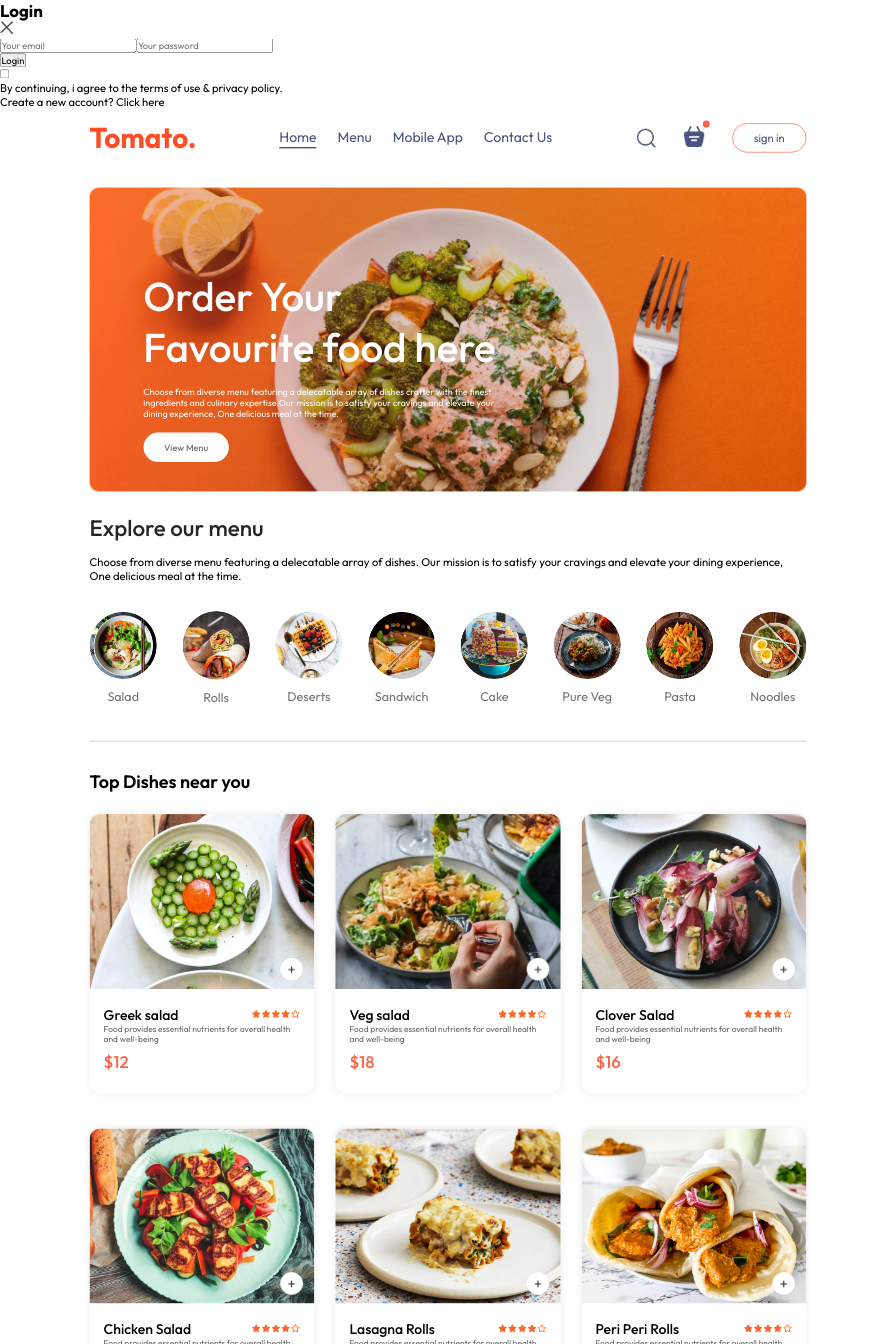
Repository: esakkiraj8104/FOOD_ORDER1
Page: /, after clicking the first element matching `button`
These files come from the project's save history. The page is drawn as it stood at one moment and after a run of saves; the edit follows.
The browser window is 1280 px wide. The pictures show the part of the page from y = 0 to 1920 px (the page is 6869 px tall before and 6889 px after), at 70% of full size.
The project was rebuilt for these pictures with package versions that can differ from the ones it lists, and the page was loaded fresh each time. Also part of the build but not shown: vite.config.js, src/pages/Cart/Cart.css, src/pages/Cart/Cart.jsx, src/components/LoginPopup/LoginPopup.css. Imported but missing from the stored project, and not drawn on this page: src/pages/PlaceOrder/PlaceOrder.

Above is the page before, as saved 2025-05-17 14:14:32.

### index.html
<!doctype html>
<html lang="en">
  <head>
    <meta charset="UTF-8" />
    <link rel="icon" type="image/svg+xml" href="/vite.svg" />
    <meta name="viewport" content="width=device-width, initial-scale=1.0" />
    <title>Tomoto food Web</title>
  </head>
  <body>
    <div id="root"></div>
    <script type="module" src="/src/main.jsx"></script>
  </body>
</html>

### src/main.jsx
import React from 'react'
import ReactDOM from 'react-dom/client'
import './index.css'
import App from './App.jsx'
import {BrowserRouter} from 'react-router-dom'
import StoreContextProvider from './Context/StoreContext.jsx'

ReactDOM.createRoot(document.getElementById('root')).render(
  <BrowserRouter>
    <StoreContextProvider>
      <App />
    </StoreContextProvider>

  </BrowserRouter>

)

### src/index.css
@import url('https://fonts.googleapis.com/css2?family=Outfit:wght@100..900&display=swap');

*{
  padding: 0;
  margin: 0;
  box-sizing: border-box;
  font-family: outfit;
  scroll-behavior: smooth;
}
body{
  min-height: 100vh;
}
a{
  text-decoration :none;
  color: inherit;
}
.app{
  width: 80%;
  margin: auto;
}

@keyframes fadeIn {
  0%{
    opacity: 0;
  }
  100%{
    opacity: 1;
  }
}

### src/App.jsx
import React,{ useState } from 'react'
import { Route, Routes } from 'react-router-dom'
import Home from './pages/Home/Home'
import Cart from './pages/Cart/Cart'
import PlaceOrder from './pages/PlaceOrder/PlaceOrder'
import Navbar from './components/Navbar/Navbar/Navbar'
import Footer from './components/Navbar/Footer/Footer'
import LoginPopup from './components/LoginPopup/LoginPopup'

const App = () => {

  const[showLogin,setShowLogin]= useState(false)
  return (

    <>
    {showLogin?<LoginPopup setShowLogin={setShowLogin}/>:<></>}
      <div className='app'>
        <Navbar setShowLogin={setShowLogin}/>
        <Routes >
          <Route path='/' element={<Home />} />
          <Route path='/cart' element={<Cart />} />
          <Route path='/order' element={<PlaceOrder />} />
        </Routes>
      </div>
      <Footer />

    </>


  )
}

export default App

### src/Context/StoreContext.jsx
import { createContext, useEffect, useState } from "react";
import { food_list } from "../assets/assets";

export const StoreContext = createContext(null)

const StoreContextProvider = (props) => {

    const [cartItems,setCartItems]= useState({});

    const addToCart = (itemId) => {
        if (!cartItems[itemId]) {
            setCartItems((prev)=>({...prev,[itemId]:1}))
        }
        else{
            setCartItems((prev)=>({...prev,[itemId]:prev[itemId]+1}))
        }
    }

    const removeFromCart = (itemId) =>{
        setCartItems((prev)=>({...prev,[itemId]:prev[itemId]-1}))
    }

    useEffect(()=>{
        console.log(cartItems);
    },[cartItems])

    const contextValue = {
        food_list,
        cartItems,
        setCartItems,
        addToCart,
        removeFromCart

    }
    return (
        <StoreContext.Provider value={contextValue}>
            {props.children}
        </StoreContext.Provider>
    )
}

export default StoreContextProvider;

### src/pages/Home/Home.jsx
import React, { useState } from 'react'
import './Home.css'
import Header from '../../components/Navbar/Header/Header'
import ExploreMenu from '../../components/Navbar/ExploreMenu/ExploreMenu'
import FoodDisplay from '../../components/Navbar/FoodDisplay/FoodDisplay'
import AppDownload from '../../components/Navbar/AppDownload/AppDownload'

const Home = () => {

    const [category,setCategory]=useState("All");



  return (
    <div>
      <Header/>
      <ExploreMenu category={category} setCategory={setCategory}/>
      <FoodDisplay category={category}/>
      <AppDownload/>
    </div>
  )
}

export default Home

### src/components/Navbar/Navbar/Navbar.jsx
import React, { useState } from 'react'
import './Navbar.css'
import { assets } from '../../../assets/assets'
import { Link } from 'react-router-dom';
const Navbar = ({setShowLogin}) => {

    const [menu,setMenu] = useState("home");
  return (
    <div className='navbar'>
        <img src={assets.logo} alt="" className="logo" />
        <ul className="navbar-menu">
        <Link to='/'className={menu === "home" ? "active" : ""} onClick={() => setMenu("home")}>Home</Link>
        <a href='#explore-menu' className={menu === "menu" ? "active" : ""} onClick={() => setMenu("menu")}>Menu</a>
        <a href='#app-download'className={menu === "mobile-app" ? "active" : ""} onClick={() => setMenu("mobile-app")}>Mobile App</a>
        <a href='#footer'className={menu === "contact us" ? "active" : ""} onClick={() => setMenu("contact us")}>Contact Us</a>
        </ul>
        <div className="navbar-right">
            <img src={assets.search_icon} alt="" />
            <div className="navbar-search-icon">
                <img src={assets.basket_icon} alt="" />
                <div className="dot"></div>
            </div>
            <button onClick={()=>setShowLogin(true)}>sign in</button>
        </div>
    </div>
  )
}

export default Navbar

### src/components/Navbar/Footer/Footer.jsx
import React from 'react'
import './Footer.css'
import { assets } from '../../../assets/assets'

const Footer = () => {
  return (

    <div className='footer' id='footer'>
      <div className="footer-content">
        <div className="footer-content-left">
          <img src={assets.logo} alt="" />
          <p>Craving something delicious? We bring your favorite meals from top restaurants straight to your door, hot and fresh.
            With fast delivery, secure payments, and  24/7 support, ordering food has never been easier.
            Tomato.com - Serving happiness, one order at a time.</p>
          <div className="footer-social-icons">
            <img src={assets.facebook_icon} alt="" />
            <img src={assets.twitter_icon} alt="" />
            <img src={assets.linkedin_icon} alt="" />
          </div>
        </div>
        <div className="footer-content-center">
          <h2>COMPANY</h2>
          <ul>
            <li>Home</li>
            <li>About us</li>
            <li>Delivery</li>
            <li>Privacy Policy</li>
          </ul>
        </div>
        <div className="footer-content-right">
          <h2>GET IN TOUCH</h2>
          <ul>
            <li>+91-8765434534</li>
            <li>contact@tomato.com</li>
          </ul>
        </div>
      </div>
      <hr />
      <p className="footer-copyright">© 2025 Tomato.com – All Rights Reserved.</p>
    </div>
  )
}

export default Footer

### src/components/LoginPopup/LoginPopup.jsx
import React, { useState } from 'react'
import './LoginPopup.css'
import { assets } from '../../assets/assets'

const LoginPopup = ({setShowLogin}) => {

    const[currState,setCurrState]= useState("Login")

  return (
    <div className='LoginPopup'>
      <form action="" className="login-popup-container">
        <div className="login-popup-title">
          <h2>{currState}</h2>
          <img onClick={()=>setShowLogin(false)} src={assets.cross_icon} alt="" />
        </div>
        <div className="login-popup-inputs">
          {currState==="Login"?<></>:<input type="text" placeholder='Your name'required />}
          <input type="email" placeholder='Your email'required />
          <input type="password" placeholder='Your password'required />
        </div>
        <button>{currState==="Sign Up"?"Create account":"Login"}</button>
        <div className="login-popup-condition">
          <input type="checkbox" required/>
          <p>By continuing, i agree to the terms of use & privacy policy.</p>
        </div>
        <p>Create a new account? <span>Click here</span></p>
      </form>
    </div>
  )
}

export default LoginPopup

### src/components/Navbar/Header/Header.jsx
import React from 'react'
import './Haeder.css'

const Header = () => {
  return (
    <div className='header'>
       <div className="header-contents">
        <h2>Order Your Favourite food here</h2>
        <p>Choose from diverse menu featuring a delecatable array of dishes crafter with the finest ingredients and culinary expertise.Our mission is to satisfy your cravings and elevate your dining experience, One delicious meal at the time. </p>
        <button>View Menu</button>
       </div>
    </div>

  )
}

export default Header

### src/components/Navbar/ExploreMenu/ExploreMenu.jsx
import React from 'react'
import './ExploreMenu.css'
import { menu_list } from '../../../assets/assets'
const ExploreMenu = ({category,setCategory}) => {
  return (
    <div className='explore-menu' id='explore-menu'>
        <h1>Explore our menu</h1>
        <p>Choose from diverse menu featuring a delecatable array of dishes. Our mission is to satisfy your cravings and elevate your dining experience, One delicious meal at the time. </p>
        <div className="explore-menu-list">
            {menu_list.map((item,index)=>{
                return (
                    <div onClick={()=>setCategory(prev=>prev===item.menu_name?"All":item.menu_name)} key={index} className='explore-menu-list-item'>
                        <img className={category===item.menu_name?"active":""} src={item.menu_image} alt="" />
                        <p>{item.menu_name}</p>
                    </div>
                )
            })}
        </div>
        <hr/>
    </div>
  )
}

export default ExploreMenu

### src/components/Navbar/FoodDisplay/FoodDisplay.jsx
import React, { useContext } from 'react'
import './FoodDisplay.css'
import { StoreContext } from '../../../Context/StoreContext'
import FoodItem from '../FoodItem/FoodItem'

const FoodDisplay = ({ category }) => {

  const { food_list } = useContext(StoreContext)

  return (
    <div className='food-display' id='food-display'>
      <h2>Top Dishes near you</h2>
      <div className="food-display-list">
        {food_list.map((item, index) => {
          if (category === "All" || category === item.category) {


            return <FoodItem key={index} id={item._id} name={item.name} description={item.description} price={item.price} image={item.image} />
          }
        })}
      </div>
    </div>
  )
}

export default FoodDisplay

### src/components/Navbar/AppDownload/AppDownload.jsx
import React from 'react'
import './AppDownload.css'
import { assets } from '../../../assets/assets'

const AppDownload = () => {
  return (
    <div className='app-download'id='app-download'>
      <p>For Better Experience Download <br /> Tomato App</p>
      <div className="app-download-platforms">
        <img src={assets.play_store} alt="" />
        <img src={assets.app_store} alt="" />

      </div>

    </div>
  )
}

export default AppDownload

### src/components/Navbar/Navbar/Navbar.css
.navbar{
    padding: 20px 0px;
    display: flex;
    justify-content: space-between;
    align-items: center;
}

.navbar .logo{
    width: 150px;
}

.navbar-menu{
    display: flex;
    list-style: none;
    gap: 30px;
    color: #49557e;
    font-size: 20px;
}

.navbar-right{
    display: flex;
    align-items: center;
    gap: 40px;
}

.navbar button{
    background: transparent;
    font-size: 16px;
    color: #49557e;
    border: 1px solid tomato;
    padding: 10px 30px;
    border-radius: 50px;
    cursor: pointer;
    transition: 0.3;
}

.navbar button:hover{
    background-color: #fff4f2;
}

.navbar .active{
    padding-bottom: 2px;
    border-bottom: 2px solid #49557e;
}

.navbar li{
    cursor: pointer;
}

.navbar-search-icon{
    position:relative;
}

.navbar-search-icon .dot{
    position: absolute;
    min-width: 10px;
    min-height: 10px;
    background-color: tomato;
    border-radius: 5px;
    top: -8px;
    right: -8px;
}
@media(max-width:1050px) {
    .navbar .logo{
        width: 140px;
    }
    .navbar-menu{
        gap: 20px;
        font-size: 17px;
    }
    .navbar-right{
        gap: 30px;
    }
    .navbar-right img{
        width: 22px;
    }
    .navbar-right button{
        padding: 8px 25px;
    }
}
@media(max-width:900px) {
    .navbar .logo{
        width: 120px;
    }
    .navbar-menu{
        gap: 15px;
        font-size: 16px;
    }
    .navbar-right{
        gap: 20px;
    }
    .navbar-right img{
        width: 20px;
    }
    .navbar-right button{
        padding: 7px 20px;
        font-size: 15px;
    }
}
@media(max-width:750px) {
    .navbar-menu{
        display: none;
    }
}

### src/components/Navbar/Footer/Footer.css
.footer{
    color: #d9d9d9;
    background: #323232;
    display: flex;
    flex-direction: column;
    align-items: center;
    gap: 20px;
    padding: 20px 8vw;
    padding-top: 80px;
    margin-top: 100px;

}

.footer-content{
    width: 100%;
    display: grid;
    grid-template-columns: 2fr 1fr 1fr;
    gap: 80px;
}
.footer-content-left, .footer-content-right, .footer-content-center{
    display: flex;
    flex-direction: column;
    align-items: start;
    gap: 20px;
}
.footer-content-left li, .footer-content-right li, .footer-content-center li{
    list-style: none;
    margin-bottom: 10px;
    cursor: pointer;
}
.footer-content-right h2, .footer-content-center h2 {
    color: white;
}
.footer-social-icons img{
    width: 40px;
    margin-right: 15px;
}
.footer hr{
    width: 100%;
    height: 2px;
    margin: 20px 0;
    background-color: grey;
    border: none;
}
@media (max-width:750px) {
    .footer-content{
        display: flex;
        flex-direction: column;
        gap: 35px;
    }
    .footer-copyright{
        text-align: center;
    }
}

### src/components/Navbar/Header/Haeder.css
.header{
    height: 34vw;
    margin: 30px auto;
    background: url('/header_img.png') no-repeat;
    background-size:  contain;
    position: relative;
}

.header-contents{
    position: absolute;
    display: flex;
    flex-direction: column;
    align-items: start;
    gap: 1.5vw;
    max-width: 50%;
    bottom: 10%;
    left: 6vw ;
    animation: fadeIn 3s;
}
.header-contents h2{
    font-weight: 500;
    color: white;
    font-size: max(4.5vw,22px);
}
.header-contents p{
    color: white;
    font-size: 1vw;
}
.header-contents button{
    border: none;
    color: #747474;
    font-weight: 500;
    padding: 1vw 2.3vw;
    background-color: white;
    font-size: max(1vw,13px);
    border-radius: 50px;
    cursor: pointer;
}
.header-contents button:hover{
    background-color: #fff4f2;
}
@media (max-width:1050px) {
    .header-contents{
        max-width: 45%;
    }
}
@media (max-width:750px) {
    .header-contents{
        max-width: 65%;
    }
    .header-contents p{
        display: none;
    }
    .header-contents button{
        padding: 2vw 4vw;
    }
}

### src/components/Navbar/ExploreMenu/ExploreMenu.css
.explore-menu{
    display:flex;
    flex-direction: column;
    gap: 20px;
}
.explore-menu h1{
    color: #262626;
    font-weight: 500 ;
}
.explore-menu-text{
    max-width: 60%;
    columns: #808080;
}
.explore-menu-list{
    display: flex;
    justify-content: space-between;
    align-items: center;
    gap: 30px;
    text-align: center;
    margin: 20px 0px;
    overflow-x: scroll;
}
.explore-menu-list::-webkit-scrollbar{
    display: none;
}
.explore-menu-list-item img{
    width: 7.5vw;
    min-width: 80px;
    cursor: pointer;
    border-radius: 50%;
    transition: 0.2s;
}
.explore-menu-list-item p{
    margin-top: 10px;
    color: #747474;
    font-size: max(1.4vw,16px);
    cursor: pointer;
}
.explore-menu hr{
    margin: 10px 0px;
    height: 2px;
    background-color: #e2e2e2;;
    border:none;
}
.explore-menu-list-item .active{
    border: 4px solid tomato;
    padding: 2px;
}
@media (max-width:1050px) {
    .explore-menu-text{
        max-width: 100%;
        font-size: 14px;
    }
}

### src/components/Navbar/FoodItem/FoodItem.jsx
import React, { useContext } from 'react'
import './FoodItem.css'
import { assets } from '../../../assets/assets'
import { StoreContext } from '../../../Context/StoreContext'
const FoodItem = ({id,name,price,description,image}) => {


    const {cartItems,addToCart,removeFromCart} = useContext(StoreContext);

  return (
    <div className='food-item'>
        <div className="food-item-img-container">
            <img className='food-item-image' src={image} alt="" />
            {!cartItems[id]
                ?<img className='add' onClick={()=>addToCart(id)} src={assets.add_icon_white} alt=""/>
                :<div className='food-item-counter'>
                  <img onClick={()=>removeFromCart(id)} src={assets.remove_icon_red} alt="" />
                  <p>{cartItems[id]}</p>
                  <img onClick={()=>addToCart(id)}  src={assets.add_icon_green} alt="" />
                </div>
            }
        </div>
        <div className="food-item-info">
            <div className="food-item-name-rating">
                <p>{name}</p>
                <img src={assets.rating_starts} alt="" />
            </div>
            <p className="food-item-desc">{description}</p>
            <p className="food-item-price">${price}</p>
        </div>

    </div>
  )
}

export default FoodItem

### src/components/Navbar/AppDownload/AppDownload.css
.app-download{
    margin: auto auto;
    margin-top: 100px;
    font-size: max(3vw,20px);
    text-align: center;
    font-weight: 500;
}
.app-download-platforms{
    display: flex;
    justify-content: center;
    gap: max(2vw,10px);
    margin-top: 40px;
}
.app-download-platforms img{
    width: max(30vw,120px);
    max-width: 180px;
    transition: 0.5s;
    cursor:pointer;
}
.app-download-platforms img:hover{
    transform: scale(1.1);
}

### src/components/Navbar/FoodItem/FoodItem.css
.food-item{
    width: 100%;
    margin: auto;
    border-radius: 15px;
    box-shadow: 0px 0px 10px #00000015;
    transition: 0.3s;
    animation: fadeIn 1s;
}
.food-item-image{
    width: 100%;
    border-radius: 15px 15px 0px 0px;

}
.food-item-info{
    padding: 20px;
}
.food-item-name-rating{
    display: flex;
    justify-content: space-between;
    align-items: center;
    margin-bottom: 100;
}
.food-item-name-rating p{
    font-size: 20px;
    font-weight: 500;
}
.food-item-name-rating img{
    width: 70px;
}
.food-item-desc{
    color: #676767;
    font-size: 12px;
}
.food-item-price{
    color: tomato;
    font-size: 24px;
    font-weight: 500;
    margin: 10px 0px;
}
.food-item-img-container{
    position: relative;
}
.food-item-img-container .add{
    width: 35px;
    position: absolute;
    bottom: 15px;
    right: 15px;
    cursor: pointer;
    border-radius: 50%;
}
.food-item-counter{
    position: absolute;
    bottom: 15px;
    right:15px;
    display: flex;
    align-items: center;
    gap: 10px;
    padding: 6px;
    border-radius: 50px;
    background-color: white;
}
.food-item-counter img{
    width: 30px;
}

Loaded but not shown: src/components/Navbar/FoodDisplay/FoodDisplay.css (common file); src/assets/assets.js (350 lines, source omitted); src/pages/Home/Home.css (no stored copy; drawn as an empty file)

After the next 2 saves:
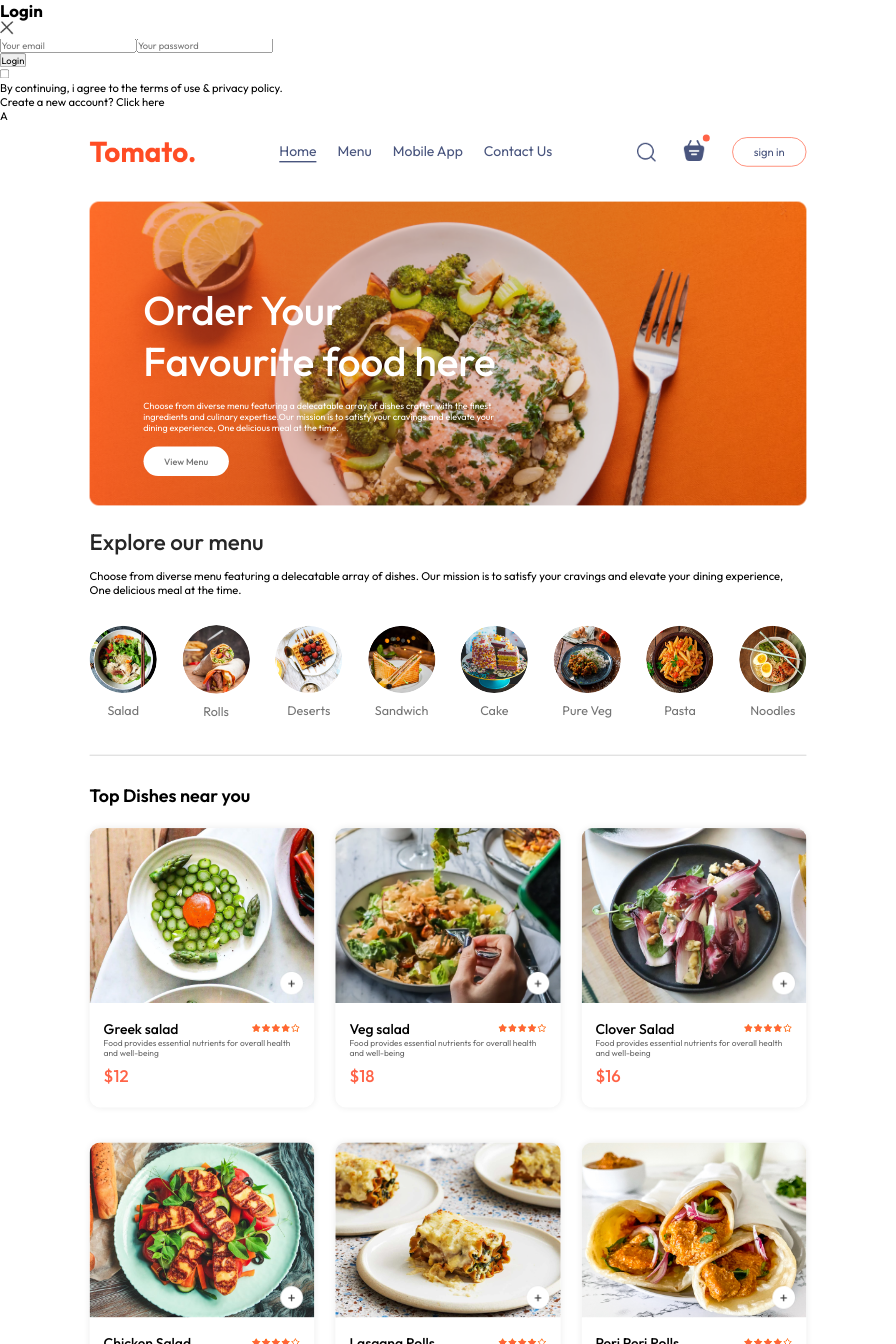
The 2 saves are shown as one change because they came seconds apart.
The last was saved 38 s later.
--- a/src/components/LoginPopup/LoginPopup.jsx
+++ b/src/components/LoginPopup/LoginPopup.jsx
@@ -24,6 +24,7 @@ const LoginPopup = ({setShowLogin}) => {
           <p>By continuing, i agree to the terms of use & privacy policy.</p>
         </div>
         <p>Create a new account? <span>Click here</span></p>
+        <p>A</p>
       </form>
     </div>
   )
